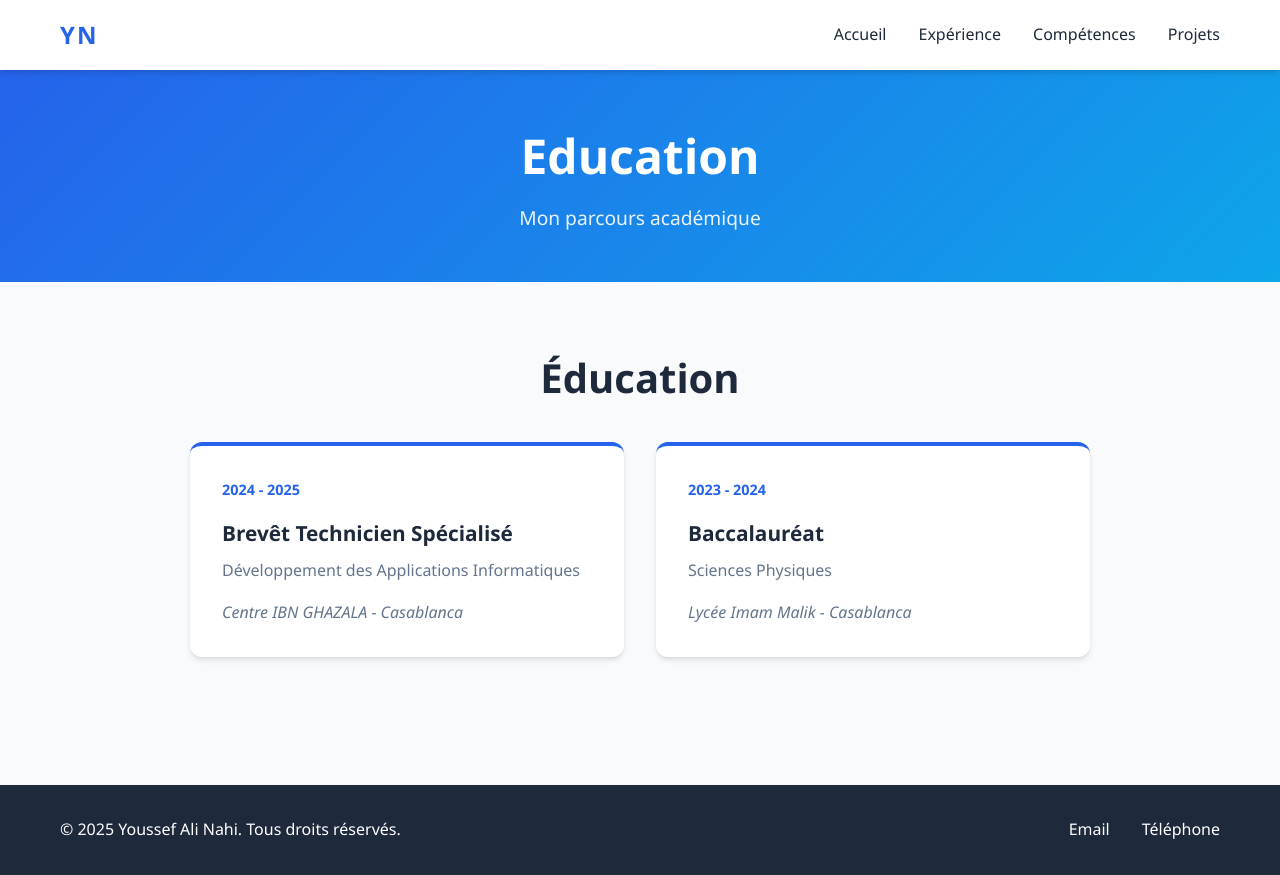
Repository: Youssef-Nahi504/My_Portfolio
Page: Education.html
These files come from the project's save history. The page is drawn as it stood at one moment and after a run of saves; the edit follows.
The browser window is 1280 px wide. The pictures show the whole page.

Above is the page before, as saved 2025-12-19 16:04:51.

After the next 2 saves:
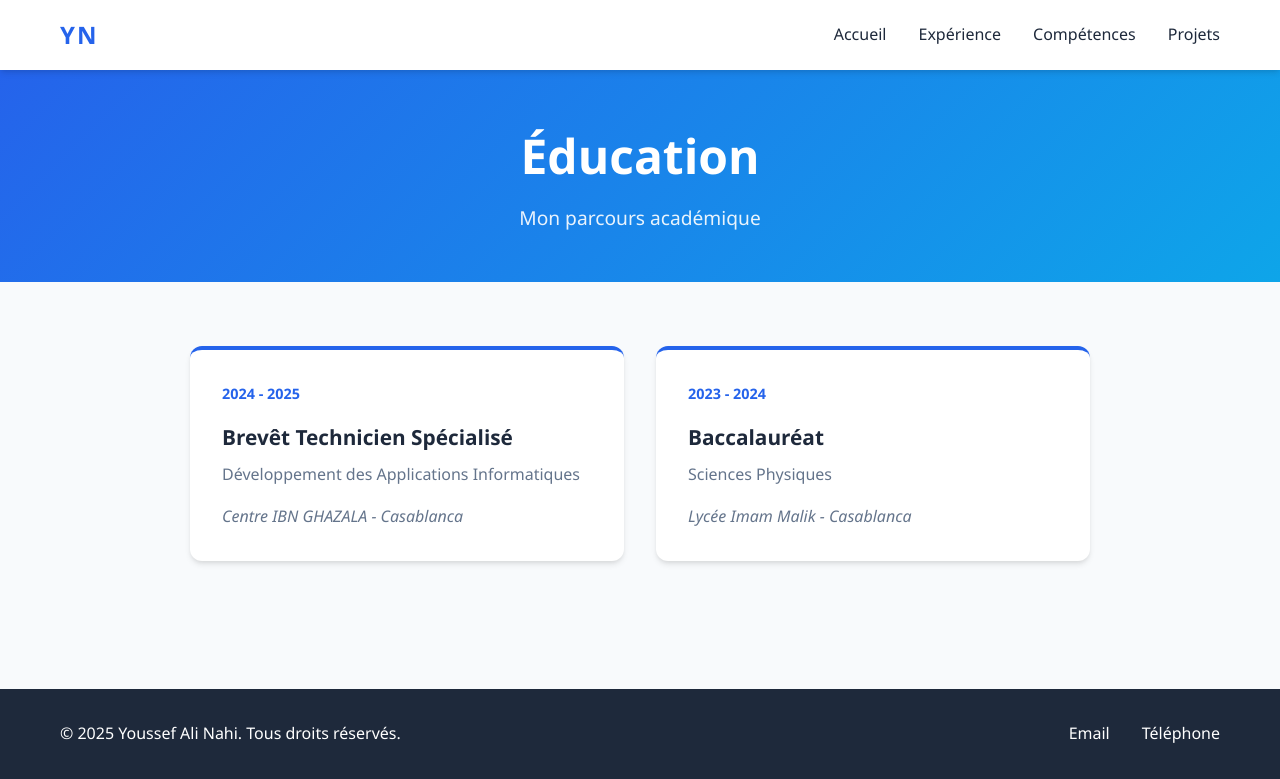
The 2 saves are shown as one change because they came seconds apart.
The last was saved 7 s later.
--- a/Education.html
+++ b/Education.html
@@ -27,14 +27,13 @@
     <main>
         <section class="page-header">
             <div class="container">
-                <h1>Education</h1>
+                <h1>Éducation</h1>
                 <p>Mon parcours académique</p>
             </div>
         </section>
 
         <section class="education-section">
             <div class="container">
-                <h2 class="section-title">Éducation</h2>
                 <div class="education-grid">
                     <div class="education-card">
                         <div class="education-year">2024 - 2025</div>
